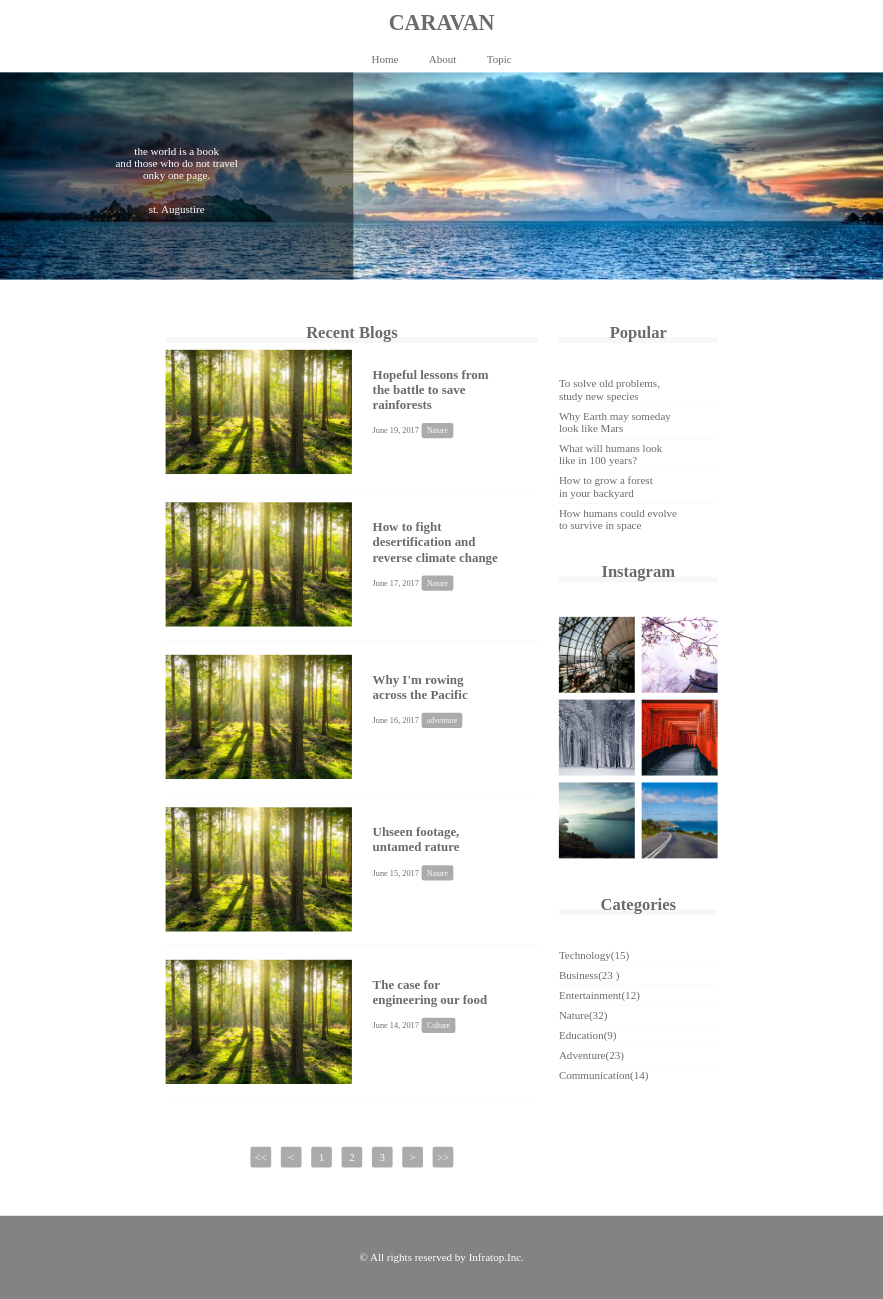
Repository: ishidaryu/ishidaryu
Page: caravan/index.html
The author's editor kept a record of every edit. The page is drawn from the files as they stood at one moment, then again after the next edit.
The browser window is 1280 px wide. The pictures show the whole page, at 69% of full size.

Above is the page before.

After the next edit:
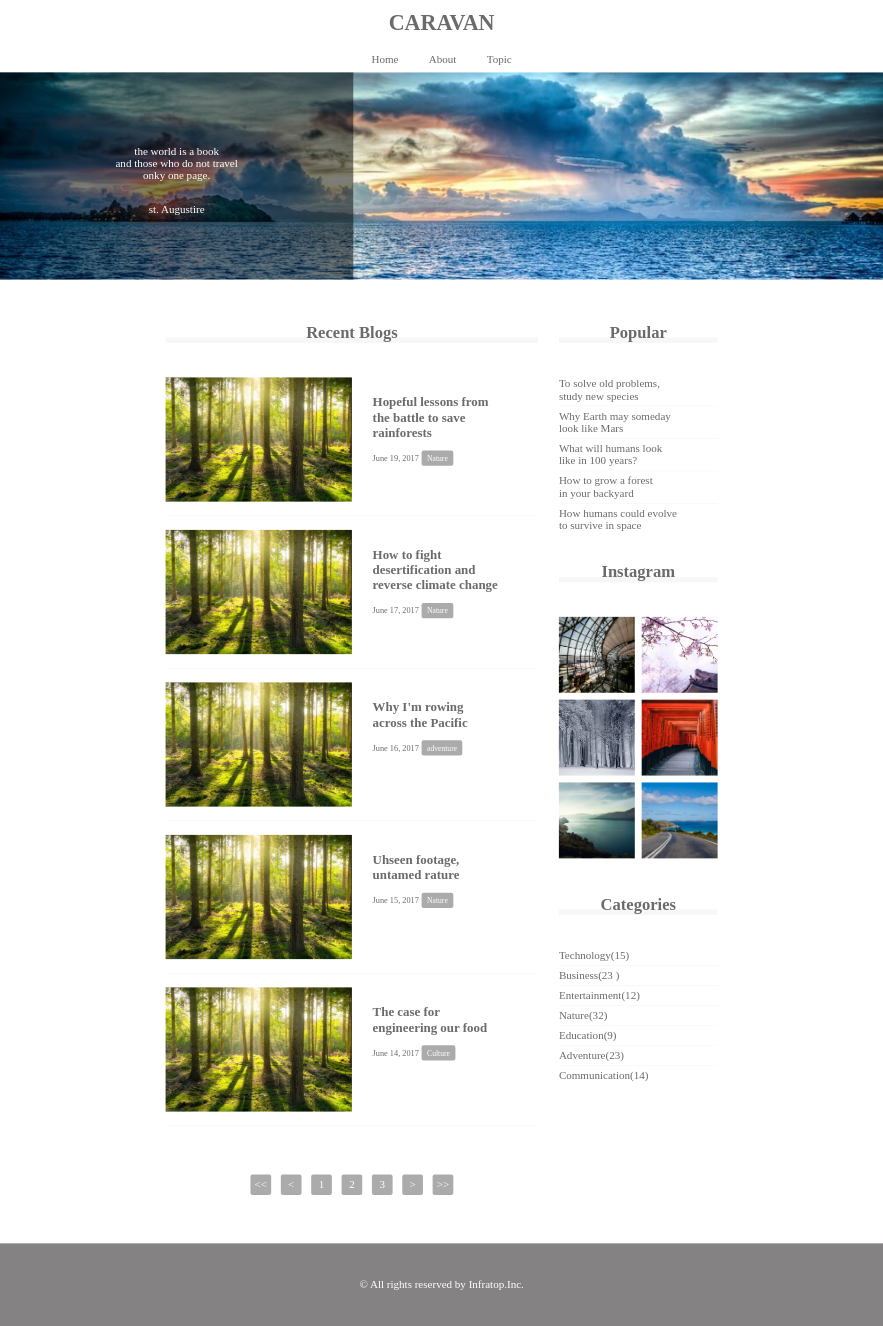
The edit:
--- a/caravan/style.css
+++ b/caravan/style.css
@@ -77,7 +77,7 @@
 }
 
 .blog-box {
-  padding-top: 10px;
+  padding-top: 50px;
 }
 
 .blog-item {
